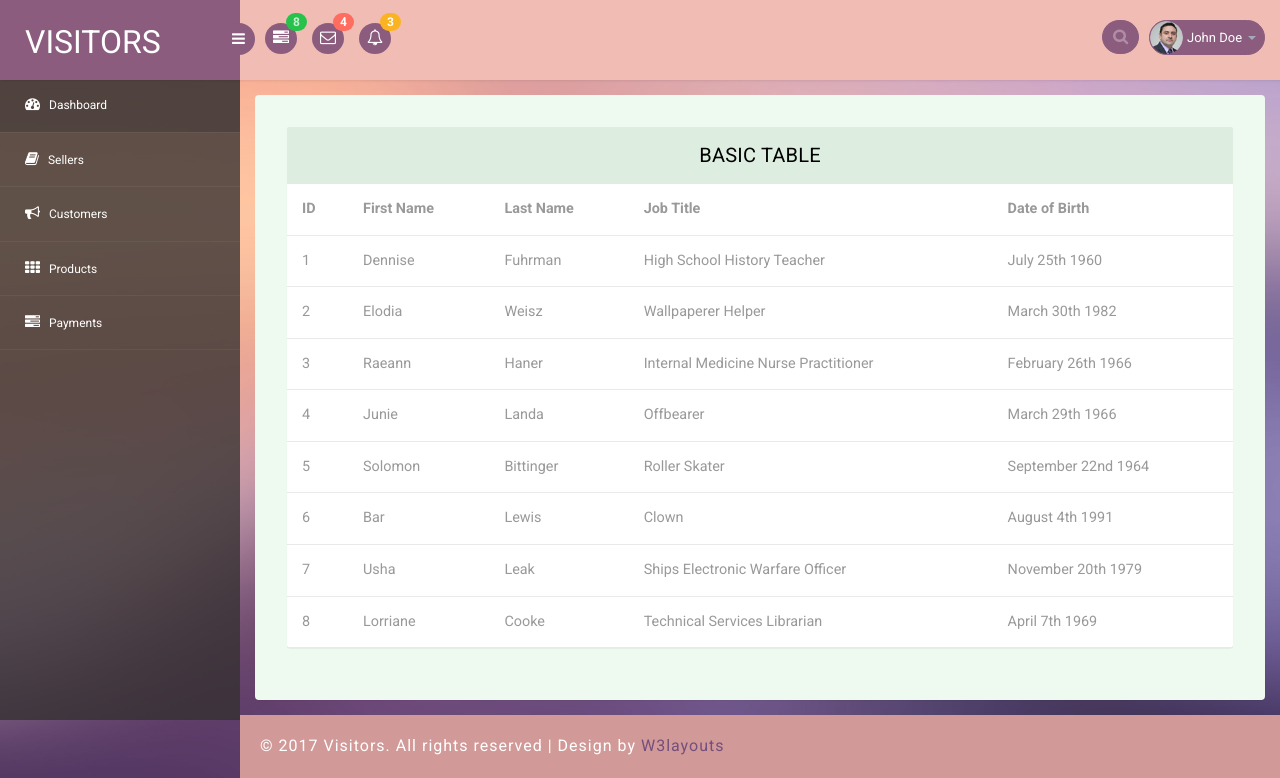
Repository: 72-faisal/Doctor_Finder
Page: http://localhost/Khajina_Doctor/admin-doctor_list.jsp
The author's editor kept a copy of each file at every save. The page is drawn from the files as they stood at one save, then again after the next save.
The browser window is 1280 px wide. The pictures show the whole page.
The page is served by Tomcat 9. Queries for data that is not in the repository find no rows.

Above is the page before, as saved 2023-05-06 19:18:46.

After the next save:
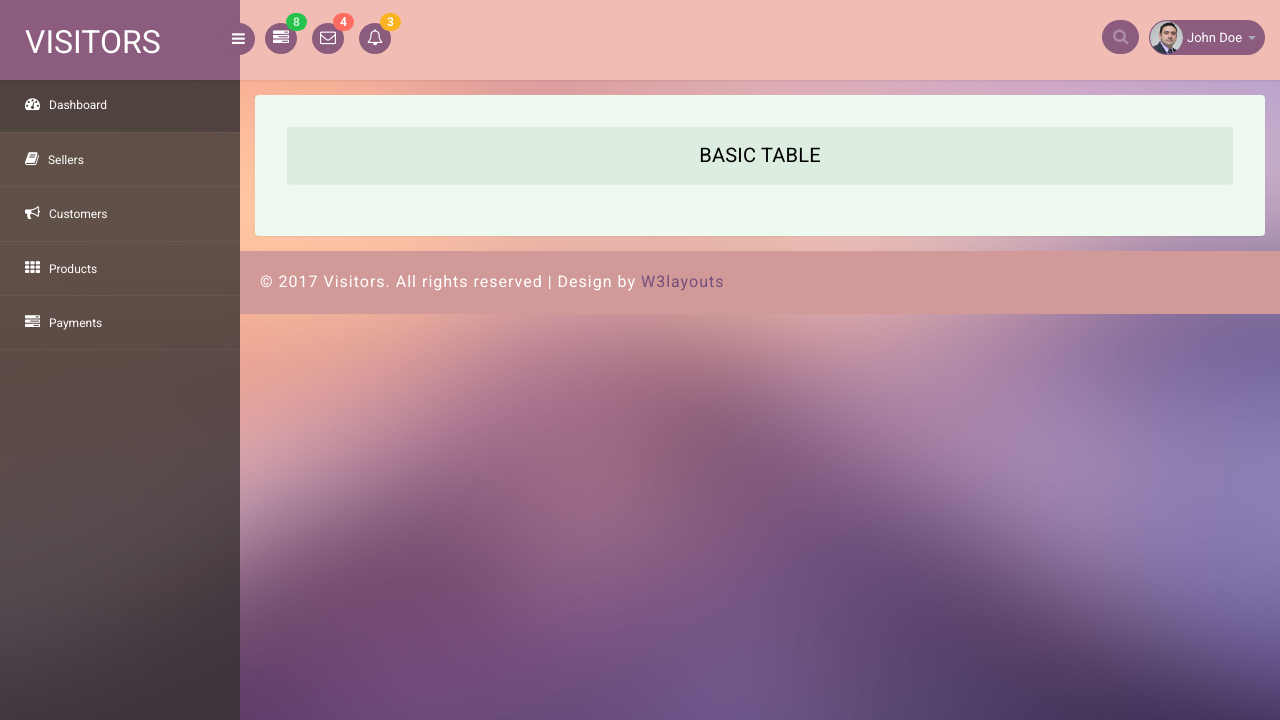
Saved 9 min 10 s later.
--- a/Khajina_Doctor/src/main/webapp/admin-doctor_list.jsp
+++ b/Khajina_Doctor/src/main/webapp/admin-doctor_list.jsp
@@ -1,3 +1,7 @@
+<%@page import="java.util.List"%>
+<%@page import="model.Doctordata"%>
+<%@page import="dao.Doctordao"%>
+<%@page import="model.Patientdata"%>
 <%@ page language="java" contentType="text/html; charset=UTF-8"
     pageEncoding="UTF-8"%>
 <!--A Design by W3layouts
@@ -312,79 +316,27 @@ Smartphone Compatible web template, free webdesigns for Nokia, Samsung, LG, Sony
         }}'>
         <thead>
           <tr>
+          <%List<Doctordata> list=Doctordao.getalldoctor();  %>
+		<%for(Doctordata d:list){ %>
             <th data-breakpoints="xs">ID</th>
-            <th>First Name</th>
-            <th>Last Name</th>
-            <th data-breakpoints="xs">Job Title</th>
-
-            <th data-breakpoints="xs sm md" data-title="DOB">Date of Birth</th>
+            <th>Name</th>
+            <th>Contact Number</th>
+            <th data-breakpoints="xs">Specialist</th>
+
+            <th data-breakpoints="xs sm md" data-title="DOB">Clinic address</th>
           </tr>
         </thead>
         <tbody>
           <tr data-expanded="true">
-            <td>1</td>
-            <td>Dennise</td>
-            <td>Fuhrman</td>
-            <td>High School History Teacher</td>
-
-            <td>July 25th 1960</td>
+            <td><%=d.getDid() %></td>
+            <td><%=d.getDname() %></td>
+            <td><%=d.getDContact() %></td>
+            <td><%=d.getDspeciality() %></td>
+
+            <td><%=d.getDcaddress()%></td>
           </tr>
-          <tr>
-            <td>2</td>
-            <td>Elodia</td>
-            <td>Weisz</td>
-            <td>Wallpaperer Helper</td>
-
-            <td>March 30th 1982</td>
-          </tr>
-          <tr>
-            <td>3</td>
-            <td>Raeann</td>
-            <td>Haner</td>
-            <td>Internal Medicine Nurse Practitioner</td>
-
-            <td>February 26th 1966</td>
-          </tr>
-          <tr>
-            <td>4</td>
-            <td>Junie</td>
-            <td>Landa</td>
-            <td>Offbearer</td>
-
-            <td>March 29th 1966</td>
-          </tr>
-          <tr>
-            <td>5</td>
-            <td>Solomon</td>
-            <td>Bittinger</td>
-            <td>Roller Skater</td>
-
-            <td>September 22nd 1964</td>
-          </tr>
-          <tr>
-            <td>6</td>
-            <td>Bar</td>
-            <td>Lewis</td>
-            <td>Clown</td>
-
-            <td>August 4th 1991</td>
-          </tr>
-          <tr>
-            <td>7</td>
-            <td>Usha</td>
-            <td>Leak</td>
-            <td>Ships Electronic Warfare Officer</td>
-
-            <td>November 20th 1979</td>
-          </tr>
-          <tr>
-            <td>8</td>
-            <td>Lorriane</td>
-            <td>Cooke</td>
-            <td>Technical Services Librarian</td>
-
-            <td>April 7th 1969</td>
-          </tr>
+
+          <%} %>
         </tbody>
       </table>
     </div>
